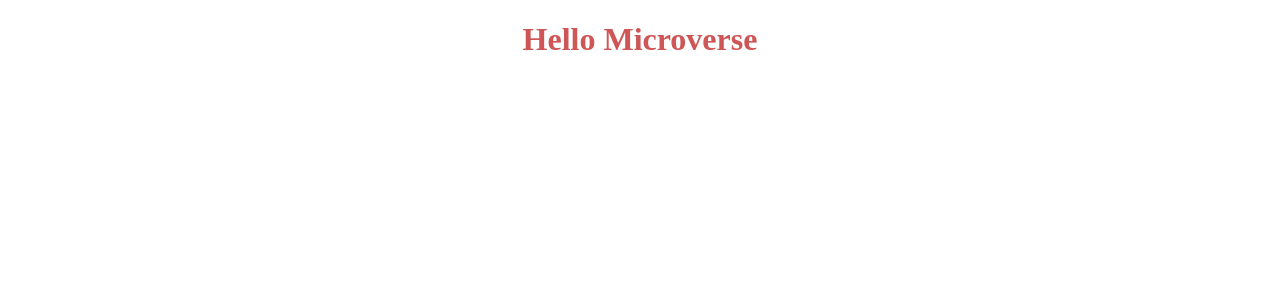
Repository: Shambo-arch/Hellloo-World-
Page: index.html
An editor plug-in stored every save of this project. The page is shown before and after the next save, followed by the edit.
The browser window is 1280 px wide. The pictures show the whole page.

Above is the page before, as saved 2022-02-08 19:39:28.

### index.html
<!DOCTYPE html>
<html lang="en">
<head>
    <meta charset="UTF-8">
    <meta http-equiv="X-UA-Compatible" content="IE=edge">
    <meta name="viewport" content="width=device-width, initial-scale=1.0">
    <link rel="stylesheet" href="style.css">
    <title>Hello Microverse</title>
</head>
<body>
    <h1>Hello Microverse</h1>
</body>
</html>

### style.css
h1 {
  color:rgb(206, 86, 86);
  text-align: center;
}

After the next save:
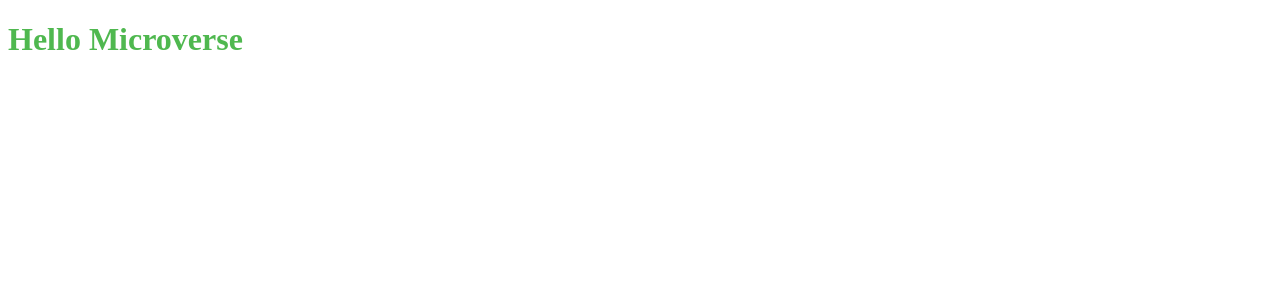
Saved 15 min 45 s later.
--- a/style.css
+++ b/style.css
@@ -1,4 +1,3 @@
 h1 {
-  color:rgb(206, 86, 86);
-  text-align: center;
+  color: rgb(79, 184, 79);
 }
